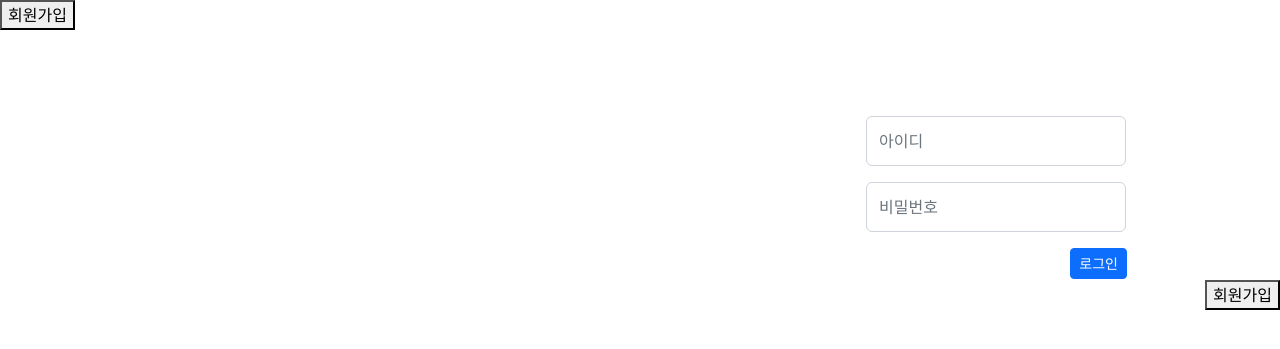
Repository: kokoko12334/myvocab-toy
Page: http://localhost/myVocabularyList/home.jsp
An editor plug-in stored every save of this project. The page is shown before and after the next save, followed by the edit.
The browser window is 1280 px wide. The pictures show the whole page.
The page is served by Tomcat 9.

Above is the page before, as saved 2023-04-08 04:29:39.

After the next save:
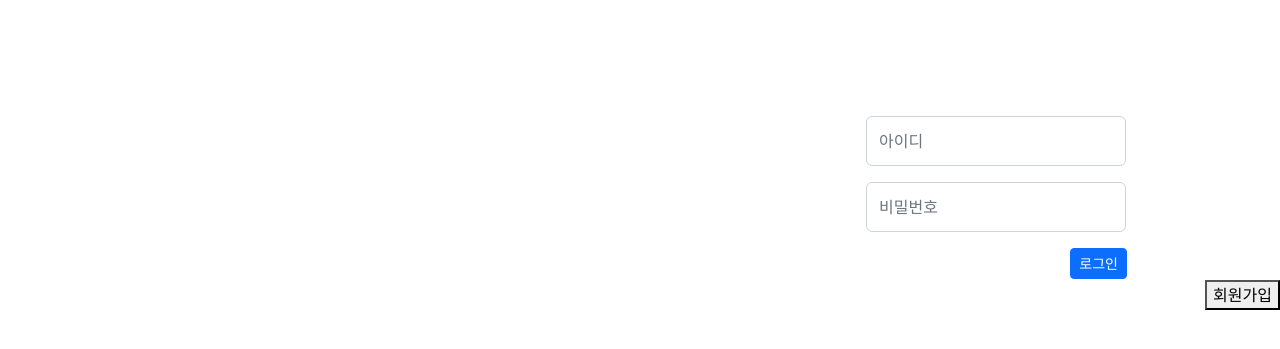
Saved 42 s later.
--- a/myVocabularyList/src/main/webapp/home.jsp
+++ b/myVocabularyList/src/main/webapp/home.jsp
@@ -22,12 +22,13 @@
 			<button  class="btn btn-primary btn-sm" >로그인</button>
 
 		</form>
-
-		<button type="button"  onClick="location.href='joinForm.jsp'">회원가입</button>
+		<div>
+			<button type="button"  onClick="location.href='joinForm.jsp'">회원가입</button>
+		</div>
 	</div>
 
 
-		<button type="button"  onClick="location.href='joinForm.jsp'">회원가입</button>
+
 
 
 
